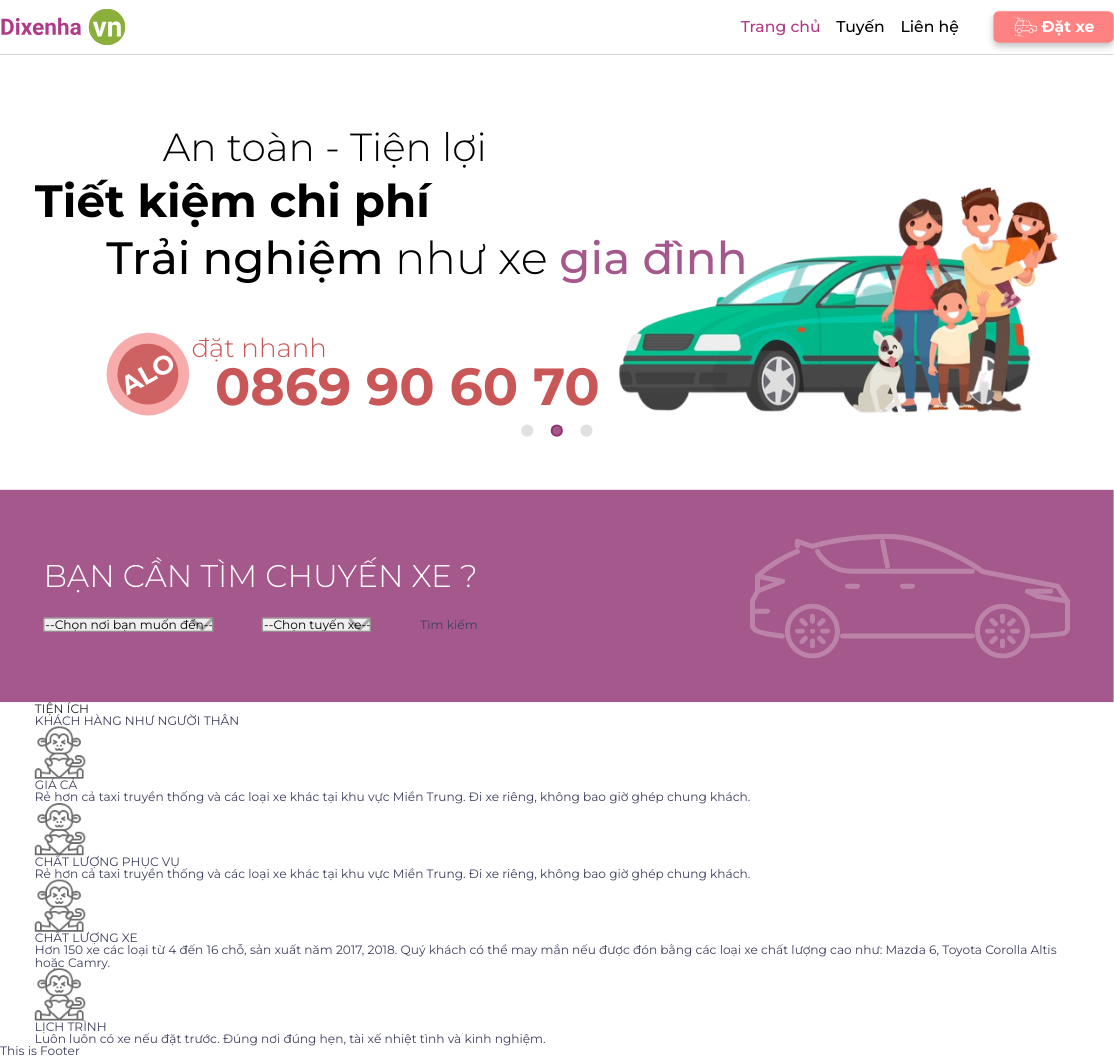
Repository: thanhthien0706/last_project--fe004
Page: lastProductF004/dist/index.html
The author's editor kept a copy of each file at every save. The page is drawn from the files as they stood at one save, then again after the next save.
The browser window is 1280 px wide. The pictures show the whole page, at 87% of full size.
Some web libraries are served in a nearby version. The style sheet was rebuilt from its Sass, Less or Tailwind sources for each picture, by a compiler version that may differ from the author's.

Above is the page before, as saved 2021-09-16 21:26:04.

### lastProductF004/dist/index.html
<html lang="vi">

<head>
  <!-- include head.html -->
  <title>Trang web cho thuê xe Đà Nẵng - Hội An</title>
<meta name="viewport" content="width=device-width, initial-scale=1, shrink-to-fit=no">
<meta http-equiv="Content-type" content="text/html;charset=UTF-8">

<!-- favicon -->
<link href="/images/favicon.ico" type="image/x-icon" rel="icon">
<!-- meta social -->
<meta name="twitter:card" content="" />
<meta name="twitter:site" content="" />
<meta name="twitter:creator" content="" />
<meta property="og:description" content="" />
<meta property="og:image" content="" />
<meta property="og:site_name" content="">
<meta property="og:title" content="" />
<meta property="og:type" content="">
<meta property="og:url" content="" />
<link rel="apple-touch-icon" sizes="180x180" href="/images/favicon/apple-touch-icon.png">
<link rel="icon" type="image/png" sizes="32x32" href="/images/favicon/favicon-32x32.png">
<link rel="icon" type="image/png" sizes="16x16" href="/images/favicon/favicon-16x16.png">

<link rel="manifest" href="/manifest.json">

<meta name="mobile-web-app-capable" content="yes">
<meta name="apple-mobile-web-app-capable" content="yes">
<meta name="application-name" content="Short name web app">
<meta name="apple-mobile-web-app-title" content="Short name web app">
<meta name="theme-color" content="#00a849">
<meta name="msapplication-navbutton-color" content="#00a849">
<meta name="apple-mobile-web-app-status-bar-style" content="black-translucent">
<meta name="msapplication-starturl" content="/">


  <!-- include styles.html -->
  <link href="https://fonts.googleapis.com/css?family=Roboto|Roboto+Condensed|Roboto+Mono|Roboto+Slab&display=swap"
    rel="stylesheet">
<link href="https://fonts.googleapis.com/icon?family=Material+Icons" rel="stylesheet">


<!-- boostrap -->
<link rel="stylesheet" href="https://stackpath.bootstrapcdn.com/bootstrap/4.4.1/css/bootstrap.min.css"
    integrity="sha384-Vkoo8x4CGsO3+Hhxv8T/Q5PaXtkKtu6ug5TOeNV6gBiFeWPGFN9MuhOf23Q9Ifjh" crossorigin="anonymous">
<link rel="stylesheet" href="https://use.fontawesome.com/releases/v5.8.2/css/all.css"
    integrity="sha384-oS3vJWv+0UjzBfQzYUhtDYW+Pj2yciDJxpsK1OYPAYjqT085Qq/1cq5FLXAZQ7Ay" crossorigin="anonymous">

<link rel="stylesheet" href="https://unpkg.com/swiper/swiper-bundle.css">
<link rel="stylesheet" href="https://unpkg.com/swiper/swiper-bundle.min.css">

<link href="https://unpkg.com/aos@2.3.1/dist/aos.css" rel="stylesheet">

<!-- build:css(.tmp) style/style.min.css -->
<!-- <link rel="stylesheet" type="text/css" media="screen" href="styles/main.scss"/> -->
<link rel="stylesheet" type="text/css" media="screen" href="css/main.css" />
<!-- endbuild -->
</head>

<body class="wrapper">
  <header class="main_header">
  <div class="container_edit">
    <div class="box_main_content">
      <div class="box_logo">
        <img src="../../images/logo.svg" alt="logo" class="img_logo">
      </div>
      <div class="box_main_menu">
        <ul class="lista_menu">
          <li class="item_list">
              <a href="#" class="active">Trang chủ</a>
          </li>
          <li class="item_list">
              <a href="#">Tuyến</a>
          </li>
          <li class="item_list">
              <a href="#">Liên hệ</a>
          </li>
        </ul>
        <a href="#" class="btn_dat_xe">
          <img src="images/icon/ic_car-1.svg" alt="">
          <span class="text">Đặt xe</span>
        </a>
      </div>
    </div>
  </div>

</header>

  <section>

    <section class="section_01">
      <div class="container_new_edit">
        <div class="box_main_slide">
          <!-- slide 1 -->
          <div class="box_content_slide">

            <div class="box_slogan">
              <p class="slogan_1">An toàn - Tiện lợi</p>
              <p class="slogan_2">Tiết kiệm chi phí</p>
              <p class="slogan_3"><span class="sp_slogan_1">Trải nghiệm</span> như xe <span class="sp_slogan_2">gia đình</span></p>
            </div>

            <div class="box_contact">
              <div class="box_icon">
                <div class="shape_1"></div>
                <div class="shape_2"></div>
                <p class="icon">ALO</p>
              </div>
              <div class="box_text">
                <p>đặt nhanh</p>
                <p class="sdt">
                  0869 90 60 70
                </p>
              </div>
            </div>

            <div class="box_img">
              <img src="images/bg/bg_image-1.png" alt="">
            </div>

          </div>

          <!-- slide 2 -->
          <div class="box_content_slide">

            <div class="box_slogan">
              <p class="slogan_1">An toàn - Tiện lợi</p>
              <p class="slogan_2">Tiết kiệm chi phí</p>
              <p class="slogan_3"><span class="sp_slogan_1">Trải nghiệm</span> như xe <span class="sp_slogan_2">gia đình</span></p>
            </div>

            <div class="box_contact">
              <div class="box_icon">
                <div class="shape_1"></div>
                <div class="shape_2"></div>
                <p class="icon">ALO</p>
              </div>
              <div class="box_text">
                <p>đặt nhanh</p>
                <p class="sdt">
                  0869 90 60 70
                </p>
              </div>
            </div>

            <div class="box_img">
              <img src="images/bg/bg_image-1.png" alt="">
            </div>

          </div>

          <!-- slide 3 -->
          <div class="box_content_slide">

            <div class="box_slogan">
              <p class="slogan_1">An toàn - Tiện lợi</p>
              <p class="slogan_2">Tiết kiệm chi phí</p>
              <p class="slogan_3"><span class="sp_slogan_1">Trải nghiệm</span> như xe <span class="sp_slogan_2">gia đình</span></p>
            </div>

            <div class="box_contact">
              <div class="box_icon">
                <div class="shape_1"></div>
                <div class="shape_2"></div>
                <p class="icon">ALO</p>
              </div>
              <div class="box_text">
                <p>đặt nhanh</p>
                <p class="sdt">
                  0869 90 60 70
                </p>
              </div>
            </div>

            <div class="box_img">
              <img src="images/bg/bg_image-1.png" alt="">
            </div>

          </div>

        </div>
      </div>
    </section>
    <section class="section_02">
      <div class="container_new_edit">
        <div class="row_edit">
          <div class="box_left">
            <p>BẠN CẦN TÌM CHUYẾN XE ?</p>
            <section class="section_list_sec">

              <div class="box_main--sec">
                <span class="arrow">
                  <img src="images/icon/ic_arrow--down.png" alt="">
                </span>
                <select name="" id="" class="select_main">
                  <option value="1">--Chọn nơi bạn muốn đến--</option>
                  <option value="1">Đà nẵng</option>
                  <option value="1">Nha Trang</option>
                  <option value="1">Huế</option>
                </select>
              </div>

              <div class="box_main--sec">
                <span class="arrow">
                  <img src="images/icon/ic_arrow--down.png" alt="">
                </span>
                <select name="" id="" class="select_main">
                  <option value="1">--Chọn tuyến xe--</option>
                  <option value="1">Tuyến 1</option>
                  <option value="1">Tuyến 2</option>
                  <option value="1">Tuyến 3</option>
                </select>
              </div>

              <a href="#" class="btn_search">Tìm kiếm</a>
            </section>
          </div>
          <div class="box_right">
            <img src="images/bg/bg_img-2.svg" alt="">
          </div>
        </div>
      </div>
    </section>
    <section class="section_03">
      <div class="container_new_edit">
        <div class="box_header">
          <span>TIỆN ÍCH</span>
          <h2>KHÁCH HÀNG NHƯ NGƯỜI THÂN</h2>
        </div>
        <div class="box_tien-ich_main">
          <div class="box_grid">
            <div class="item_grid">
              <div class="box_conten">
                <div class="box_logo">
                  <img src="images/icon/ic_monkey.png" alt="">
                </div>
                <div class="box_text--main">
                  <h2>GIÁ CẢ</h2>
                  <p>
                    Rẻ hơn cả taxi truyền thống và các loại xe khác tại khu vực Miền Trung.
                    Đi xe riêng, không bao giờ ghép chung khách.
                  </p>
                </div>
              </div>
            </div>
            <div class="item_grid">
              <div class="box_conten">
                <div class="box_logo">
                  <img src="images/icon/ic_monkey.png" alt="">
                </div>
                <div class="box_text--main">
                  <h2>CHẤT LƯỢNG PHỤC VỤ</h2>
                  <p>
                    Rẻ hơn cả taxi truyền thống và các loại xe khác tại khu vực Miền Trung.
                    Đi xe riêng, không bao giờ ghép chung khách.
                  </p>
                </div>
              </div>
            </div>
            <div class="item_grid">
              <div class="box_conten">
                <div class="box_logo">
                  <img src="images/icon/ic_monkey.png" alt="">
                </div>
                <div class="box_text--main">
                  <h2>CHẤT LƯỢNG XE</h2>
                  <p>
                    Hơn 150 xe các loại từ 4 đến 16 chỗ, sản xuất năm 2017, 2018.
                    Quý khách có thể may mắn nếu được đón bằng các loại xe chất lượng cao
                    như: Mazda 6, Toyota Corolla Altis hoặc Camry.
                  </p>
                </div>
              </div>
            </div>
            <div class="item_grid">
              <div class="box_conten">
                <div class="box_logo">
                  <img src="images/icon/ic_monkey.png" alt="">
                </div>
                <div class="box_text--main">
                  <h2>LỊCH TRÌNH</h2>
                  <p>
                    Luôn luôn có xe nếu đặt trước.
                    Đúng nơi đúng hẹn, tài xế nhiệt tình và kinh nghiệm.
                  </p>
                </div>
              </div>
            </div>
          </div>
        </div>
      </div>
    </section>

  </section>
  <footer class="main_footer">
        <h1>This is Footer</h1>
</footer>

  <!-- include scripts.html -->
  <!-- boostrap -->
<script src="https://ajax.googleapis.com/ajax/libs/jquery/3.4.1/jquery.min.js"></script>
<!-- <script src="https://code.jquery.com/jquery-3.3.1.slim.min.js"
        integrity="sha384-q8i/X+965DzO0rT7abK41JStQIAqVgRVzpbzo5smXKp4YfRvH+8abtTE1Pi6jizo"
        crossorigin="anonymous"></script> -->
<script src="https://cdnjs.cloudflare.com/ajax/libs/popper.js/1.14.7/umd/popper.min.js"
        integrity="sha384-UO2eT0CpHqdSJQ6hJty5KVphtPhzWj9WO1clHTMGa3JDZwrnQq4sF86dIHNDz0W1"
        crossorigin="anonymous"></script>
<script src="https://stackpath.bootstrapcdn.com/bootstrap/4.3.1/js/bootstrap.min.js"
        integrity="sha384-JjSmVgyd0p3pXB1rRibZUAYoIIy6OrQ6VrjIEaFf/nJGzIxFDsf4x0xIM+B07jRM"
        crossorigin="anonymous"></script>



<!-- build:js script/script.min.js -->
<script type="text/javascript" src="js/slick.js"></script>
<script type="text/javascript" src="js/script.js"></script>
<!-- endbuild -->

<script src="https://unpkg.com/aos@2.3.1/dist/aos.js"></script>
</body>

</html>

### lastProductF004/src/styles/main.scss
// ----------------------------------------------------------------------
// Font
// ----------------------------------------------------------------------
@import url('https://fonts.googleapis.com/css?family=Roboto:300,400,500,700,900&subset=vietnamese');
@import url('https://cdnjs.cloudflare.com/ajax/libs/font-awesome/5.15.1/css/all.min.css');
// ----------------------------------------------------------------------
// Base
// ----------------------------------------------------------------------
@import "base/reset";
@import "base/fonts";
@import "base/base";

// ----------------------------------------------------------------------
// Layout
// ----------------------------------------------------------------------
@import "layout/slick";
@import "layout/global";
@import "layout/keyframes";
@import "layout/header";
@import "layout/footer";

// ----------------------------------------------------------------------
// Pages
// ----------------------------------------------------------------------
@import "pages/homepage";

### lastProductF004/src/styles/base/_fonts.scss
@import url('https://fonts.googleapis.com/css2?family=Montserrat:wght@100;200;300;400;500;600;700;800;900&display=swap');
// font-family: 'Montserrat', sans-serif;

### lastProductF004/src/styles/layout/_keyframes.scss
@include keyframes(faderighttoleft) {
    from {
        opacity: 0;
        right: -50px;
    }

    to {
        opacity: 1;
        right: 0;
    }
}

@include keyframes(face_text_slide) {
    from {
        opacity: 0;
        top: 20px;
    }

    to {
        opacity: 1;
        top: 0;
    }
}
@include keyframes(showcar_home) {
    from {
        opacity: 0;
        visibility: hidden;
        bottom: -10px;
    }

    to {
        opacity: 1;
        visibility: visible;
        bottom: 0;
    }
}

@include keyframes(showcar) {
    from {
        opacity: 0;
        visibility: hidden;
        bottom: -10px;
    }

    to {
        opacity: 1;
        visibility: visible;
        bottom: -24px;
    }
}

@include keyframes(xoayphone) {
    0% {
        @include xoay(-45deg);
    }

    50% {
        @include xoay(25deg);
    }

    100% {
        @include xoay(0deg);
    }
}

@include keyframes(onloadtabs) {
    from {
        opacity: 0;
        visibility: hidden;
        left: -10px;
    }

    to {
        opacity: 1;
        visibility: visible;
        left: 0;
    }
}

@include keyframes(showhomecar) {
    from {
        opacity: 0;
        visibility: hidden;
        min-height: 0;
        bottom: -20px;
    }

    to {
        opacity: 1;
        visibility: visible;
        min-height: 240px;
        bottom: 0;
    }
}

### lastProductF004/src/styles/layout/_header.scss
.container_edit{
    max-width: 1360px;
    width: 100%;
    margin: 0 auto;
}

.main_header{
    padding: 10px 0;
    background-color: #fff;
    border-bottom: 1px solid rgba(0, 0, 0, 0.22);
    .box_main_content{
        display: flex;
        flex-direction: row;
        justify-content: space-between;
        align-items: center;
        .box_logo{
            img{
                width: auto;
                height: 42px;
                object-fit: cover;
            }
        }
        .box_main_menu{
            display: flex;
            flex-direction: row;
            justify-self: center;
            align-items: center;
            .lista_menu{
                display: flex;
                flex-direction: row;
                justify-content: space-between;
                align-items: center;
                margin-right: 40px;
                .item_list{
                    margin-right:18px;
                    a{
                        font-size:18px;
                        color:#000;
                        font-weight: 500;
                        text-decoration: none;
                        transition: 0.5s;
                        &.active{
                            color:#AF3A87;
                        }
                        &:hover{
                            color:#AF3A87;
                        }
                    }
                    &:last-child{
                        margin-right:0;
                    }
                }
            }
            .btn_dat_xe{
                display: flex;
                flex-direction: row;
                justify-content: space-between;
                align-items: center;
                padding: 6px 22px;
                background-color: #FF8282;
                border-radius: 6px;
                text-decoration: none;
                filter: drop-shadow(0px 4px 4px rgba(0, 0, 0, 0.25));
                transition: 0.5s;
                &:hover{
                    opacity: 0.8;
                }
                img{
                    margin-right: 5px;
                }
                span{
                    font-size:18px;
                    color:#fff;
                    font-weight: bold;
                }
            }
        }
    }
}

### lastProductF004/src/styles/pages/_homepage.scss
html {
    scroll-behavior: smooth;
}

.container_new_edit{
    max-width: 1200px;
    width: 100%;
    margin: 0 auto;
}

.section_01{
    min-height:500px;
    padding: 83px 0;
    // width: 100%;
    .box_main_slide{
        .box_content_slide{
            position: relative;
            height: 334px;
            .box_slogan{
                position: absolute;
                top: 0;
                left: 0;
                .slogan_1{
                    @include font_size(45);
                    font-weight: 300;
                    color: #000;
                    margin-bottom: 14px;
                    margin-left: 147px;
                }
                .slogan_2{
                    @include font_size(52);
                    font-weight: bold;
                    color: #000;
                    margin-bottom: 14px;
                }
                .slogan_3{
                    @include font_size(52);
                    font-weight: 300;
                    color: #000;
                    margin-bottom: 14px;
                    margin-left: 82px;

                    .sp_slogan_1{
                        font-weight: 500;
                    }
                    .sp_slogan_2{
                        font-weight:500;
                        color: rgba(135, 32, 100, 0.75);
                    }
                }
            }
            .box_contact{
                position: absolute;
                display: flex;
                flex-direction: row;
                align-items: center;
                bottom: 5;
                left: 130px;
                .box_icon{
                    position: relative;
                    .shape_1{
                        position: absolute;
                        width: 95px;
                        height: 95px;
                        background-color:  rgba(245, 151, 151, 0.8);
                        top: 50%;
                        left: 50%;
                        transform: translate(-50%,-50%);
                        border-radius: 50%;
                    }
                    .shape_2{
                        position: absolute;
                        width: 70px;
                        height: 70px;
                        background-color: rgba(197, 81, 81, 0.8);
                        top: 50%;
                        left: 50%;
                        transform: translate(-50%,-50%);
                        border-radius: 50%;
                    }
                    p{
                        @include font_size(30);
                        font-weight: bold;
                        color: #fff;
                        text-align: center;
                        position: absolute;
                        top: 50%;
                        left: 50%;
                        transform: translate(-50%, -50%) rotate(-29deg);
                    }
                }

                .box_text{
                    margin-left: 50px;
                    p{
                        @include font_size(30);
                        font-weight: 300;
                        color: #CA5757;;
                    }
                    .sdt{
                        @include font_size(60);
                        font-weight: bold;
                        margin-left: 27px;
                    }
                }
            }
            .box_img{
                position: absolute;
                right: -44px;
                bottom: -54px;
                img{
                    width: auto;
                    height: 365px;
                    object-fit: cover;
                }
            }
        }
        .slick-dots{
            position: absolute;
            bottom: -22px;
            left: 0;
            right: 0;
            display: flex;
            flex-direction: row;
            align-items: center;
            justify-content: center;
            @include maxWidth(480px) {
                bottom: 30px;
            }
            li {
                margin-right: 20px;

                button {
                  height: 14px;
                  width: 14px;
                  background: #e1e1e1;
                  text-indent: -9999px;
                  display: block;
                  border: 2px solid #e1e1e1;
                  border-radius: 50%;
                  padding: 0;
                  outline: none
                }

                &:last-child {
                  margin-right: 0;
                }

                &.slick-active {
                  button {
                    border: 2px solid rgba(135, 32, 100, 0.75);
                    background-color: rgba(135, 32, 100, 0.75);
                  }
                }
              }
        }
    }
}

.section_02{
    padding: 50px;
    background-color:  rgba(135, 32, 100, 0.75);
    .row_edit{
        display: flex;
        flex-direction: row;
        justify-content: space-between;
        align-items: center;
        .box_left{
            p{
                @include font_size(36);
                font-weight: 300;
                color: #fff;
                margin-bottom: 30px;
            }
            .section_list_sec{
                display: flex;
                flex-direction: row;
                justify-content: space-between;
                align-items: center;
                .box_main--sec{
                    position: relative;

                    .arrow{
                        position: absolute;
                        top: 50% ;
                        right: 0;
                        transform: translateY(-50%);
                    }
                }
            }
        }
        .box_right{
            img{
                width: 100%;
                height:144px;
            }
        }
    }
}

Loaded but not shown: lastProductF004/dist/js/slick.js (library); lastProductF004/src/styles/base/_reset.scss (common file); lastProductF004/src/styles/layout/_slick.scss (common file); lastProductF004/dist/js/script.js (13 lines, source omitted); lastProductF004/src/styles/base/_base.scss (976 lines, source omitted); lastProductF004/src/styles/layout/_global.scss (187 lines, source omitted); lastProductF004/src/styles/layout/_footer.scss (no stored copy; drawn as an empty file)

After the next save:
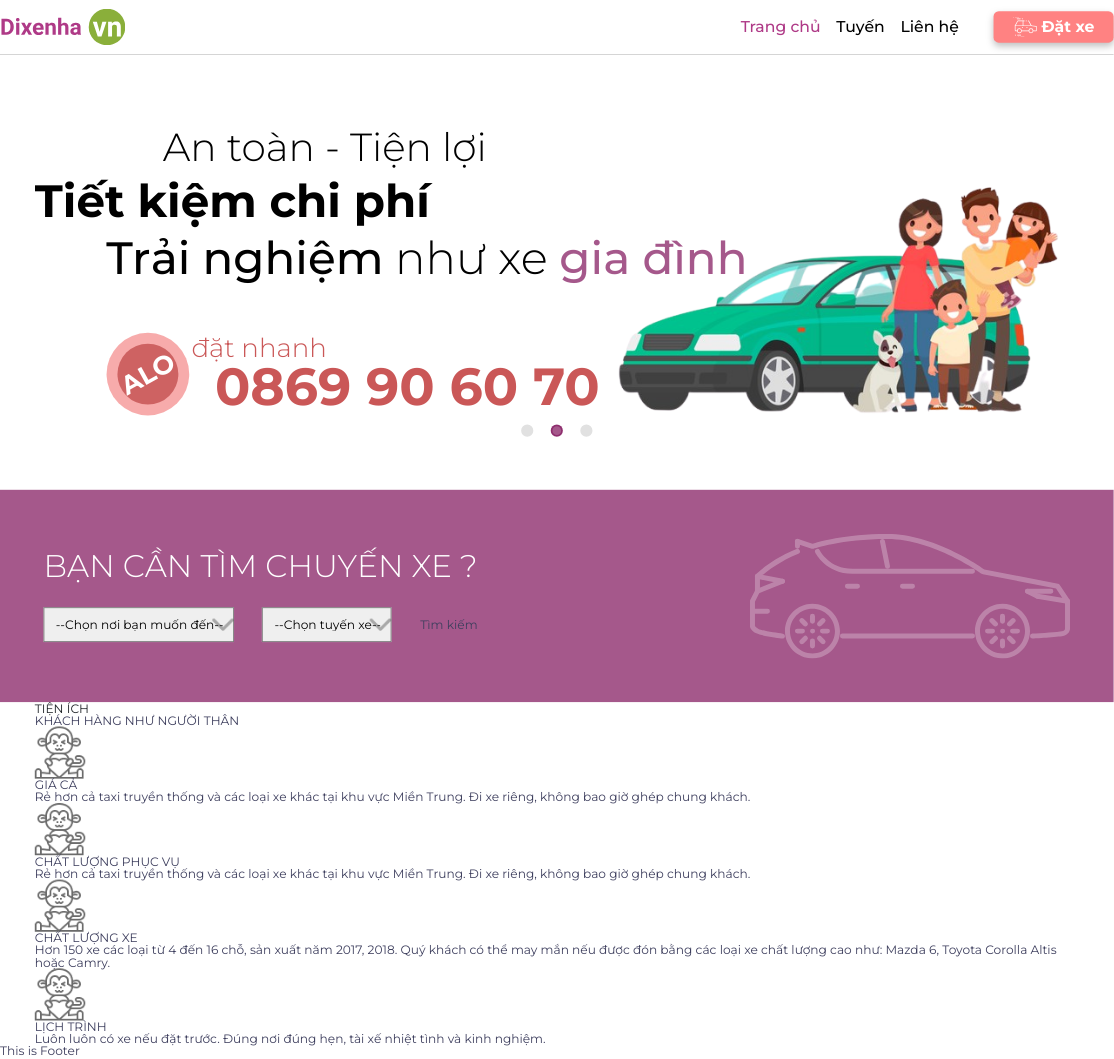
Saved 33 s later.
--- a/lastProductF004/src/styles/pages/_homepage.scss
+++ b/lastProductF004/src/styles/pages/_homepage.scss
@@ -186,6 +186,9 @@ html {
                         right: 0;
                         transform: translateY(-50%);
                     }
+                    .select_main{
+                        padding: 12px;
+                    }
                 }
             }
         }
